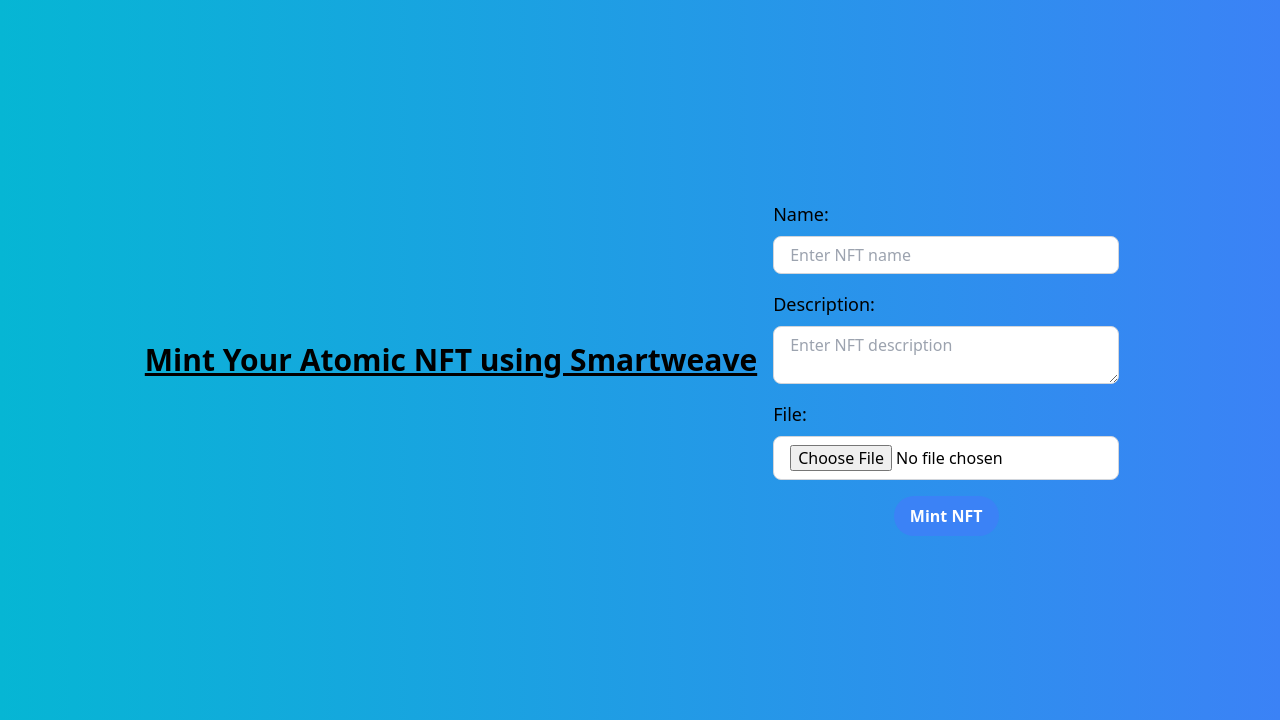
Repository: pawelpiwowarski/arweave-nft
Page: /
The author's editor kept a copy of each file at every save. The page is drawn from the files as they stood at one save, then again after the next save.
The browser window is 1280 px wide. The pictures show the whole page.
The project was rebuilt for these pictures with package versions that can differ from the ones it lists, and the page was loaded fresh each time. The framework's server and built-in components were replaced by stand-ins that run in the browser.

Above is the page before, as saved 2023-01-30 14:54:05.

### pages/_app.tsx
import '../styles/globals.css'

function MyApp({ Component, pageProps }) {
    return <Component {...pageProps} />
    }

export default MyApp

### pages/index.tsx
import { useState } from "react";
import connectToContract from '../configureWarpClient'
import {mintAtomicNFT} from '/Users/pawelpiwowarski/Arweave/arwaeve-nft/contracts/tools/mintatomicnft'
import FormData from "form-data";

function HomePage() {

const [name, setName] = useState<string | null>(null);
const [respoonse, setResponse] = useState<string | null>(null);
const [description, setDescription] = useState<string | null>(null);




  async function handleSubmision(event: any) {
    const file = document.getElementById('file') as HTMLInputElement;

    // prevent fromm re
    event.preventDefault();
    const {address} = await connectToContract();
    console.log(file.files[0])
    const formData = new FormData() as any;
    formData.append('address', address);
    formData.append('blob', file.files[0]);
    formData.append('name', name);
    formData.append('description', description);

    const respoonse  = await fetch('http://localhost:3000/api/mint', { method: 'POST', body: formData });


    const {tx} = await respoonse.json();
    setResponse(tx);


  }
  async function handleFile() {

    console.log('file selected');



  }




  return (

       //centered div and apply nice background color
    <div className="bg-gradient-to-r from-cyan-500 to-blue-500 flex justify-center items-center h-screen bg-gray-100">


      <h1 className="text-3xl font-bold underline" >Mint Your Atomic NFT using Smartweave </h1>
      <form>
  <div className="flex flex-col m-4">
    <label className="text-lg font-medium mb-2" >Name:</label>
    <input className="bg-white focus:outline-none focus:shadow-outline-blue border border-gray-300 rounded-lg py-2 px-4 block w-full leading-5"
     type="text" id="name" name="name" placeholder="Enter NFT name" onChange= {(e)=> {

      setName(e.target.value);

     }}required/>
  </div>

  <div className="flex flex-col m-4">
    <label className="text-lg font-medium mb-2" >Description:</label>
    <textarea className="bg-white focus:outline-none focus:shadow-outline-blue border border-gray-300 rounded-lg py-2 px-4 block w-full leading-5"
    id="description" name="description" placeholder="Enter NFT description" onChange = {(e)=> {

        setDescription(e.target.value);

    }}required></textarea>
  </div>

  <div className="flex flex-col m-4">
    <label className="text-lg font-medium mb-2" >File:</label>
    <input className="bg-white focus:outline-none focus:shadow-outline-blue border border-gray-300 rounded-lg py-2 px-4 block w-full leading-5"
     type="file" id="file" name="file" onChange={handleFile} placeholder="Select NFT file" required/>
  </div>

  <div className="flex justify-center">
    <button className="bg-blue-500 hover:bg-blue-700 text-white font-bold py-2 px-4 rounded-full"  onClick={handleSubmision}>

      Mint NFT
    </button>

  </div>
  {respoonse &&
  <div className="flex flex-col m-4">
    <p className="text-lg font-medium mb-2" > Your Atomic NFT has been sucessfully minted on the Arweave blockchain you can see by clicking on this link <a target="_blank" href={respoonse}> {respoonse}</a></p>
  </div>
}


</form>






    </div>

  );
}

export default HomePage;

### configureWarpClient.ts
import { WarpFactory } from "warp-contracts";


let warp;


async function connectToContract() {
  warp = WarpFactory.forMainnet();

  // obtain the signature from the user who is using ArConnect wallet

  await window.arweaveWallet.connect([
    "ACCESS_ADDRESS",
    "SIGN_TRANSACTION",
    "SIGNATURE",
  ]);

  const address = await window.arweaveWallet.getActiveAddress();
  return { address };
}

export default connectToContract;

Loaded but not shown: styles/globals.css (common file); tailwind.config.js (common file)

After the next save:
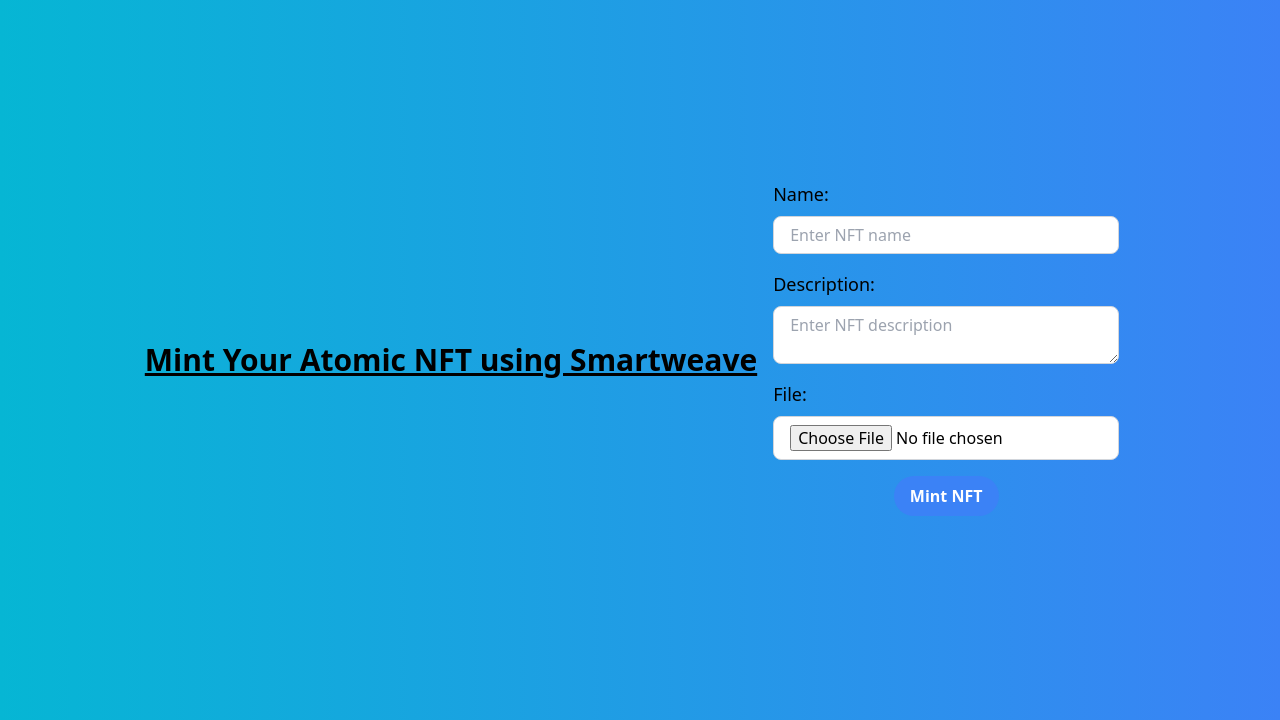
Saved 31 s later.
--- a/pages/index.tsx
+++ b/pages/index.tsx
@@ -85,11 +85,11 @@
     </button>
 
   </div>
-  {respoonse &&
+
   <div className="flex flex-col m-4">
-    <p className="text-lg font-medium mb-2" > Your Atomic NFT has been sucessfully minted on the Arweave blockchain you can see by clicking on this link <a target="_blank" href={respoonse}> {respoonse}</a></p>
+    <p className="text-lg font-medium mb-2" > {respoonse && "Your Atomic NFT has been sucessfully minted on the Arweave blockchain you can see by clicking on this link"} <a target="_blank" href={respoonse}> {respoonse}</a></p>
   </div>
-}
+
 
 
 </form>
